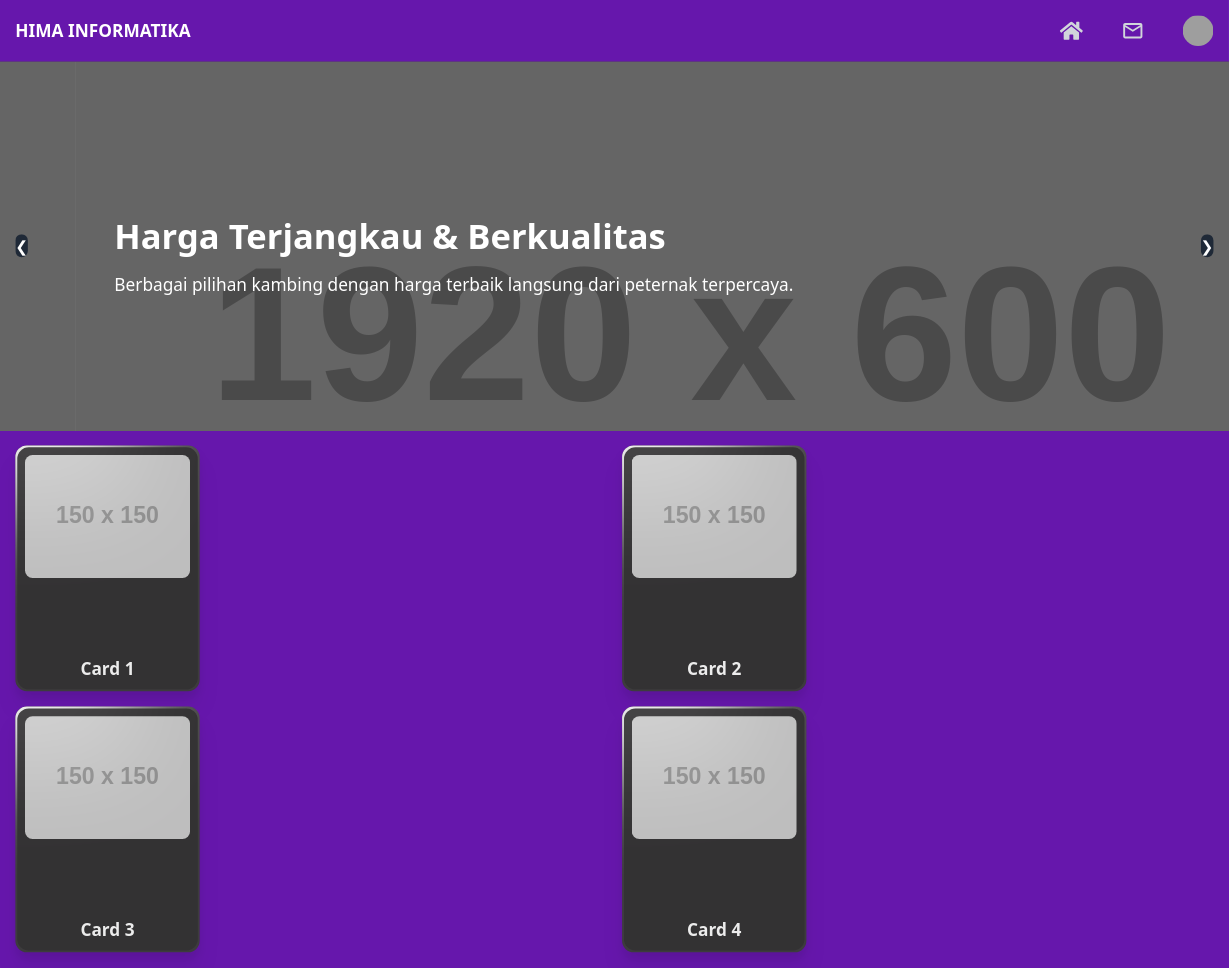
Repository: MUHAMADTEGARWIJAYA/himaif
Page: /
An editor plug-in stored every save of this project. The page is shown before and after the next save, followed by the edit.
The browser window is 1280 px wide. The pictures show the whole page, at 96% of full size.
Pictures or frames that could not be fetched are drawn as grey boxes. The project was rebuilt for these pictures with package versions that can differ from the ones it lists, and the page was loaded fresh each time. Also part of the build but not shown: vite.config.js.

Above is the page before, as saved 2024-12-21 12:39:32.

After the next save:
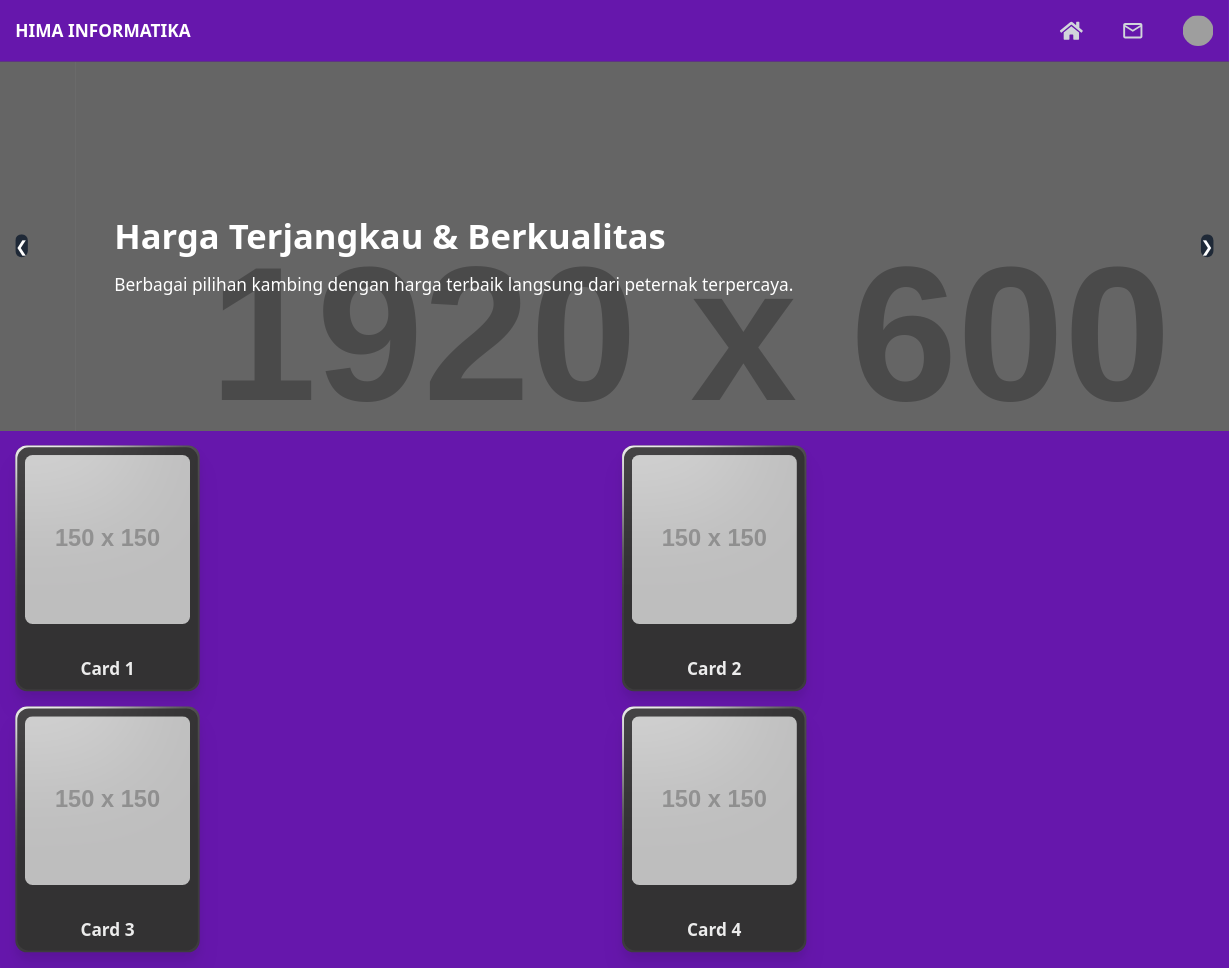
Saved 84 s later.
--- a/src/pages/Members.jsx
+++ b/src/pages/Members.jsx
@@ -8,7 +8,7 @@ const Card = ({ title, image }) => {
         <img
           src={image}
           alt={title}
-          className="w-full h-32 object-cover rounded-lg"
+          className="w-full h-44 object-cover rounded-lg"
         />
         <h3 className="text-lg font-semibold mt-2">{title}</h3>
       </div>
